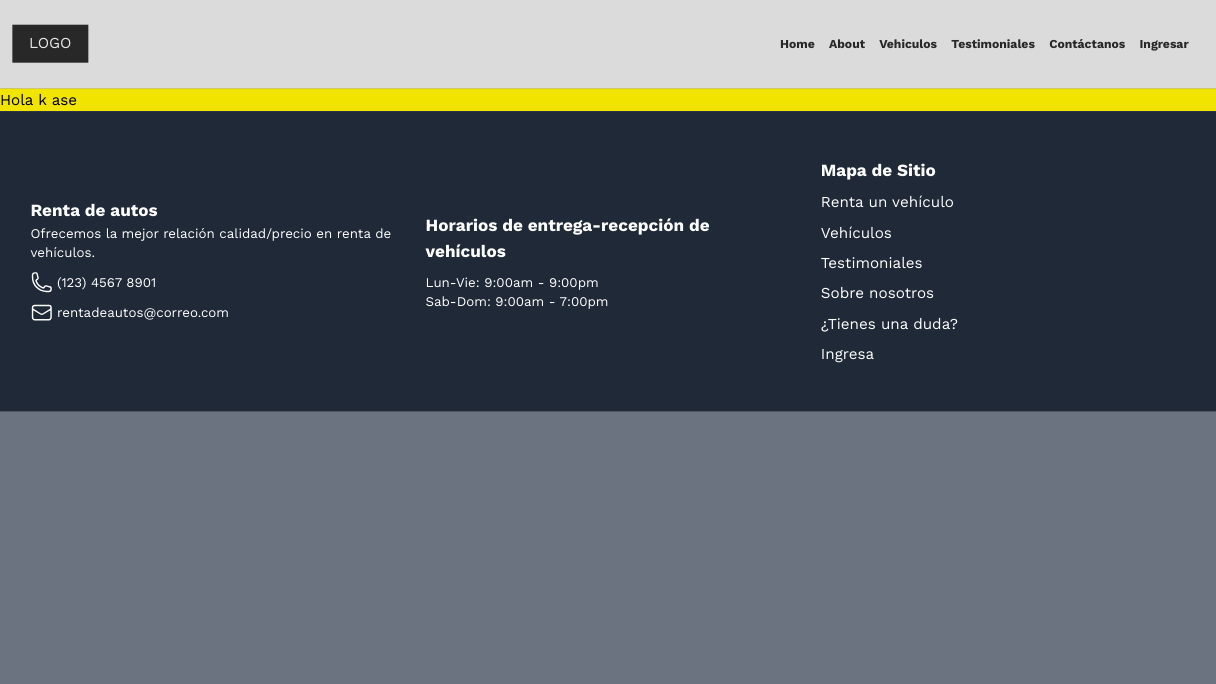
Repository: aldovelacasas/PF_RentCar2
Page: /
The author's editor kept a copy of each file at every save. The page is drawn from the files as they stood at one save, then again after the next save.
The browser window is 1280 px wide. The pictures show the whole page, at 95% of full size.
The project was rebuilt for these pictures with package versions that can differ from the ones it lists, and the page was loaded fresh each time. The framework's server and built-in components were replaced by stand-ins that run in the browser. Also part of the build but not shown: next.config.js.

Above is the page before, as saved 2023-08-30 09:59:15.

### src/app/layout.jsx
import "./globals.css";
import Navbar from "@/components/Navbar/Navbar";
import Footer from "@/components/footer";
import { Inter } from "next/font/google";

const inter = Inter({ subsets: ["latin"] });

export const metadata = {
  title: "Create Next App",
  description: "Generated by create next app",
};

export default function RootLayout({ children }) {
  return (
    <html lang="en">
      <body className={inter.className}>
        <Navbar />
        <div className="">{children}</div>
        <Footer />
      </body>
    </html>
  );
}

### src/app/page.jsx
function HomePage() {
  return (
    <div className="bg-amarillo_status">
      <p>Hola k ase</p>
    </div>
  );
}

export default HomePage;

### src/app/globals.css
@tailwind base;
@tailwind components;
@tailwind utilities;

body {
   @apply bg-gray-500; /* Fondo más claro */
   color: gray-800; /* Texto oscuro */
}

### src/components/NavBar/Navbar.jsx
"use client";

import Link from "next/link";
// import Image from "next/image";
import React, { useState } from "react";
// import Logo from "./Logo";
import NavItem from "./NavItem";
import "./nav.css";

const MENU_LIST = [
  { text: "Home", href: "/" },
  { text: "About", href: "/about" },
  { text: "Vehiculos", href: "/" },
  { text: "Testimoniales", href: "/" },
  { text: "Contáctanos", href: "/" },
  { text: "Ingresar", href: "/" },
];
const Navbar = () => {
  const [navActive, setNavActive] = useState(null);
  const [activeIdx, setActiveIdx] = useState(-1);

  return (
    <>
      <nav className={`nav navBar`}>
        <div className="boxLogo">
          <Link href="/about">
            <h1 className="logo">LOGO</h1>
          </Link>
          <div className="HomeLogo">
            <Link href="/">
              <span className="nav__item">Home</span>
            </Link>
          </div>
        </div>

        <div
          onClick={() => setNavActive(!navActive)}
          className={`nav__menu-bar`}>
          <div></div>
          <div></div>
          <div></div>
        </div>
        <div className={`${navActive ? "active" : ""} nav__menu-list`}>
          {MENU_LIST.map((menu, idx) => (
            <div
              onClick={() => {
                setActiveIdx(idx);
                setNavActive(false);
              }}
              key={menu.text}
              className={menu.text === "Home" ? "HomeMenu" : ""}>
              <NavItem
                active={activeIdx === idx}
                className={menu.text === "Home" ? "HomeMenu" : ""}
                {...menu}
              />
            </div>
          ))}
        </div>
      </nav>
    </>
  );
};

export default Navbar;

### src/components/footer.jsx
"use client";
import Link from "next/link";

function Footer() {
  return (
    <div className="bg-gray-800 text-white py-8 flex flex-col sm:flex-row justify-between items-center p-4 font-poppins">
      <div className="sm:w-1/3 p-4">
        <h3 className="text-lg font-semibold">Renta de autos</h3>
        <p className="text-sm">
          Ofrecemos la mejor relación calidad/precio en renta de vehículos.
        </p>
        <div className="flex items-center text-sm mt-2">
          <svg
            xmlns="http://www.w3.org/2000/svg"
            fill="none"
            viewBox="0 0 24 24"
            strokeWidth={1.5}
            stroke="currentColor"
            className="w-6 h-6">
            <path
              strokeLinecap="round"
              strokeLinejoin="round"
              d="M2.25 6.75c0 8.284 6.716 15 15 15h2.25a2.25 2.25 0 002.25-2.25v-1.372c0-.516-.351-.966-.852-1.091l-4.423-1.106c-.44-.11-.902.055-1.173.417l-.97 1.293c-.282.376-.769.542-1.21.38a12.035 12.035 0 01-7.143-7.143c-.162-.441.004-.928.38-1.21l1.293-.97c.363-.271.527-.734.417-1.173L6.963 3.102a1.125 1.125 0 00-1.091-.852H4.5A2.25 2.25 0 002.25 4.5v2.25z"
            />
          </svg>

          <span className="m-1">(123) 4567 8901</span>
        </div>
        <div className="flex items-center text-sm mt-1">
          <svg
            xmlns="http://www.w3.org/2000/svg"
            fill="none"
            viewBox="0 0 24 24"
            strokeWidth={1.5}
            stroke="currentColor"
            className="w-6 h-6">
            <path
              strokeLinecap="round"
              strokeLinejoin="round"
              d="M21.75 6.75v10.5a2.25 2.25 0 01-2.25 2.25h-15a2.25 2.25 0 01-2.25-2.25V6.75m19.5 0A2.25 2.25 0 0019.5 4.5h-15a2.25 2.25 0 00-2.25 2.25m19.5 0v.243a2.25 2.25 0 01-1.07 1.916l-7.5 4.615a2.25 2.25 0 01-2.36 0L3.32 8.91a2.25 2.25 0 01-1.07-1.916V6.75"
            />
          </svg>

          <span className="m-1"> rentadeautos@correo.com</span>
        </div>
      </div>
      <div className="sm:w-1/3 p-4 mt-4 sm:mt-0">
        <h4 className="text-lg font-semibold">
          Horarios de entrega-recepción de vehículos
        </h4>
        <p className="text-sm mt-2">
          Lun-Vie: 9:00am - 9:00pm
          <br />
          Sab-Dom: 9:00am - 7:00pm
        </p>
      </div>
      <div className="sm:w-1/3 p-4 mt-4 sm:mt-0 w-full">
        <h2 className="text-lg font-semibold">Mapa de Sitio</h2>
        <ul className="mt-2 space-y-2 sm:ml-0 sm:pl-0">
          <li className="text-red">
            <Link href="/rent" className="hover:font-bold">
              Renta un vehículo
            </Link>
          </li>
          <li>
            <Link href="/cars" className="hover:font-bold">
              Vehículos
            </Link>
          </li>
          <li>
            <Link href="/testimoniales" className="hover:font-bold">
              Testimoniales
            </Link>
          </li>
          <li>
            <Link href="/about" className="hover:font-bold">
              Sobre nosotros
            </Link>
          </li>
          <li>
            <Link href="/contact" className="hover:font-bold">
              ¿Tienes una duda?
            </Link>
          </li>
          <li>
            <Link href="/signin" className="hover:font-bold">
              Ingresa
            </Link>
          </li>
        </ul>
      </div>
    </div>
  );
}

export default Footer;

### src/components/NavBar/NavItem.jsx
import Link from "next/link";
const NavItem = ({ text, href, active }) => {
  const className =
    text === "Home"
      ? "nav__item HomeMenu"
      : `nav__item ${active ? "active" : ""}`;
  return (
    <Link href={href}>
      <span className={className}>{text}</span>
    </Link>
  );
};

export default NavItem;

### src/components/NavBar/nav.css
@import url("https://fonts.googleapis.com/css2?family=Work+Sans:wght@400;500;700&display=swap");
@import url("https://fonts.googleapis.com/css2?family=Rubik:wght@500&display=swap");
* {
  margin: 0;
  padding: 0;
  outline: none;
  box-sizing: border-box;
  font-family: "Work Sans", sans-serif;
}
a {
  text-decoration: none;
  color: inherit;
}
.navBar {
  position: sticky;
  z-index: 30;
  top: 0;
}
nav {
  font-family: "Rubik", sans-serif;
  display: flex;
  justify-content: space-between;
  align-items: center;
  background-color: #dbdbdb;
  color: #282828;
  padding: 2%;
}

.logo {
  background-color: #282828;
  color: #e9e9e9;
  width: 80px;
  text-align: center;
  padding: 0.5rem;
  font-size: 1rem;
}

.nav__menu-bar {
  display: flex;
  flex-direction: column;
  row-gap: 6px;
  cursor: pointer;
}
.nav__menu-bar div {
  width: 40px;
  height: 4px;
  background-color: #282828;
  margin-right: 1rem;
  border-radius: 2px;
}
.nav__menu-list {
  display: flex;
  flex-direction: column;
  position: fixed;
  top: 70px;
  width: 220px;
  row-gap: 24px;
  right: -300px;
  padding: 24px 16px;
  margin-top: 0rem;
  transition: all 0.2s;
  min-height: calc(100vh - 60px);
  font-size: 1rem;
  background-color: #dbdbdb;
}
.nav__menu-list.active {
  right: 0;
  top: 53px;
}
.nav__menu-list span {
  font-weight: 600;
  transition: all 0.3s;
}

.nav__menu-list span:hover {
  /* font-weight: bold; */
  color: #ea4f39;
}
.boxLogo {
  display: flex;
  align-items: center;
  gap: 1rem;
}

.HomeLogo {
  font-size: 1rem;
  font-weight: 600;
  transition: 0.3s;
}

.HomeLogo:hover {
  color: #ea4f39;
}
.center {
  min-height: 600px;
  display: flex;
  justify-content: center;
  align-items: center;
}

.HomeMenu {
  display: none;
}

@media (min-width: 38em) {
  nav{
    padding:1%;
  }
  .HomeMenu {
    display: block;
  }
  .nav__menu-bar {
    display: none;
  }
  .nav__menu-list {
    position: unset;
    font-size: 0.8em;
    gap:15px;
    flex-direction: row;
    min-height: fit-content;
    width: min-content;
    align-items: space-evenly;
  }

  .HomeLogo {
    display: none;
    font-size: 2rem;
  }
  /* nav {
    padding: 3%;
  }
  .HomeMenu {
    display: block;
  }
  .nav__menu-list {
    background-color: #dbdbdb;
  }
  .HomeLogo {
    display: none;
    font-size: 2rem;
  }
  .logo {
    background-color: #282828;
    color: #e9e9e9;
    width: 150px;
    text-align: center;
    padding: 1.5rem;
    font-size: 1.5rem;
  }
  .nav__menu-bar {
    display: none;
  }
  .nav__menu-list {
    position: unset;

    flex-direction: row;
    min-height: fit-content;
    width: fit-content;
    column-gap: 24px;
    align-items: center;
  }
  .nav__link::before {
    content: "";
    position: absolute;
    width: 0%;
    height: 6px;
    bottom: -16px;
    left: 0;
    background-color: black;

    transition: all 0.2s;
  }

  .nav__link:hover:before {
    width: 100%;
  } */
}

### tailwind.config.js
/** @type {import('tailwindcss').Config} */
module.exports = {
  content: [
    "./src/pages/**/*.{js,ts,jsx,tsx,mdx}",
    "./src/components/**/*.{js,ts,jsx,tsx,mdx}",
    "./src/app/**/*.{js,ts,jsx,tsx,mdx}",
  ],
  theme: {
    extend: {
      backgroundImage: {
        "gradient-radial": "radial-gradient(var(--tw-gradient-stops))",
        "gradient-conic":
          "conic-gradient(from 180deg at 50% 50%, var(--tw-gradient-stops))",
      },
      colors: {
        gris_fondo: "#dbdbdb",
        gris_frente: "#e9e9e9",
        negro_fondo: "#282828",
        naranja_enf: "#ea4f39",
        rojo_status: "#e30613",
        verde_status: "#4aaf4d",
        amarillo_status: "#f0e400",
      },
    },
  },
  plugins: [],
};

After the next save:
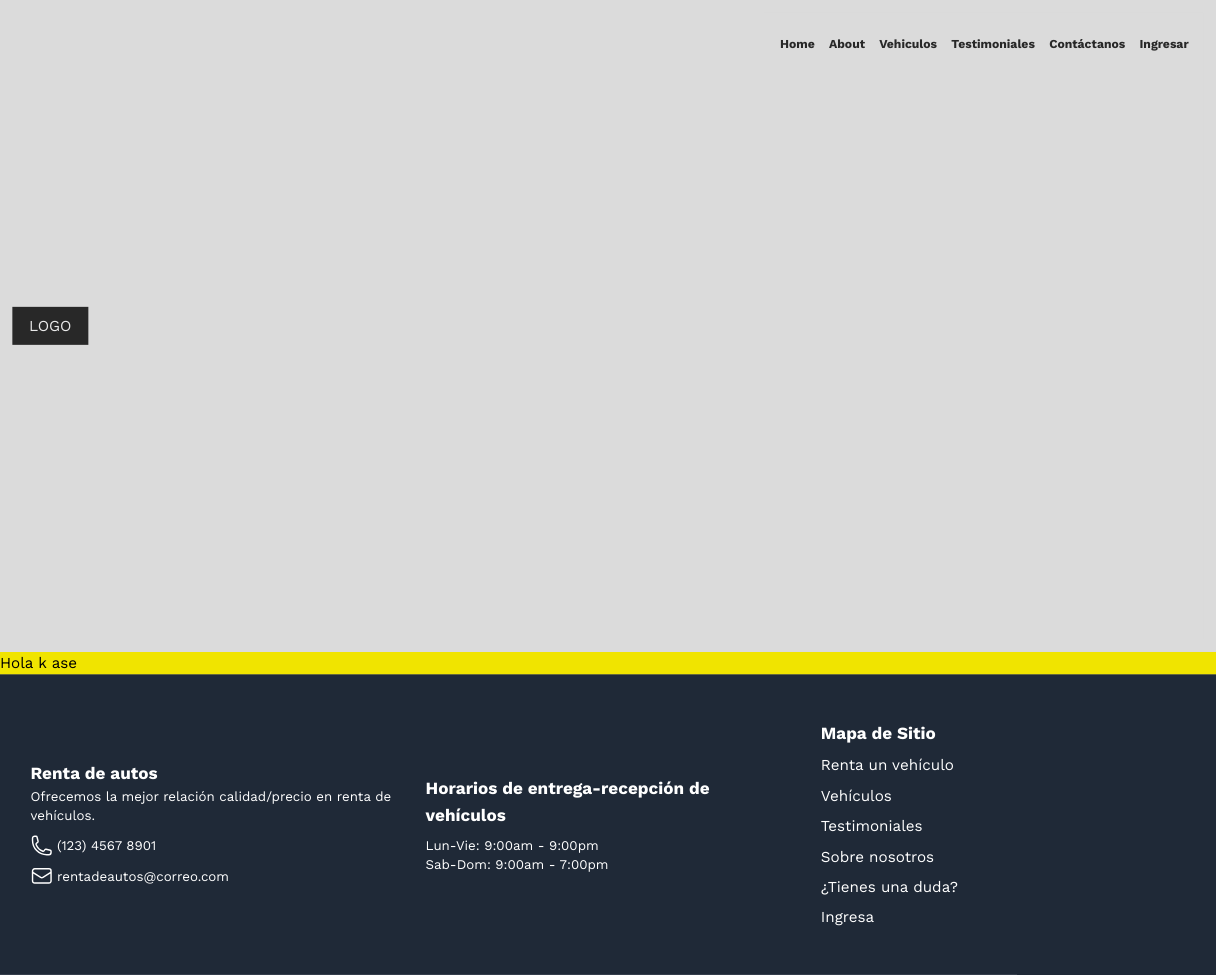
Saved 22 s later.
--- a/src/components/NavBar/nav.css
+++ b/src/components/NavBar/nav.css
@@ -117,7 +117,7 @@
     font-size: 0.8em;
     gap:15px;
     flex-direction: row;
-    min-height: fit-content;
+
     width: min-content;
     align-items: space-evenly;
   }

After the 2 saves that followed:
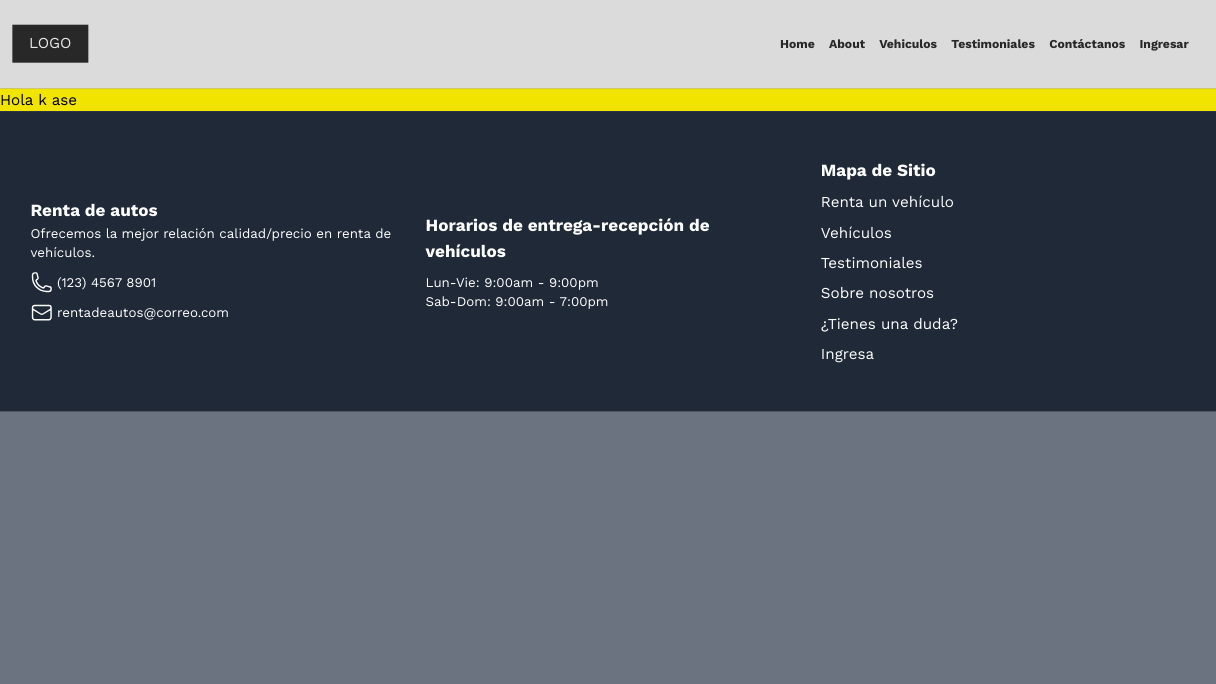
The 2 saves are shown as one change because 1 left the picture as it was.
The last was saved 27 s later.
--- a/src/components/NavBar/nav.css
+++ b/src/components/NavBar/nav.css
@@ -117,7 +117,7 @@
     font-size: 0.8em;
     gap:15px;
     flex-direction: row;
-
+    min-height: fit-content;
     width: min-content;
     align-items: space-evenly;
   }
